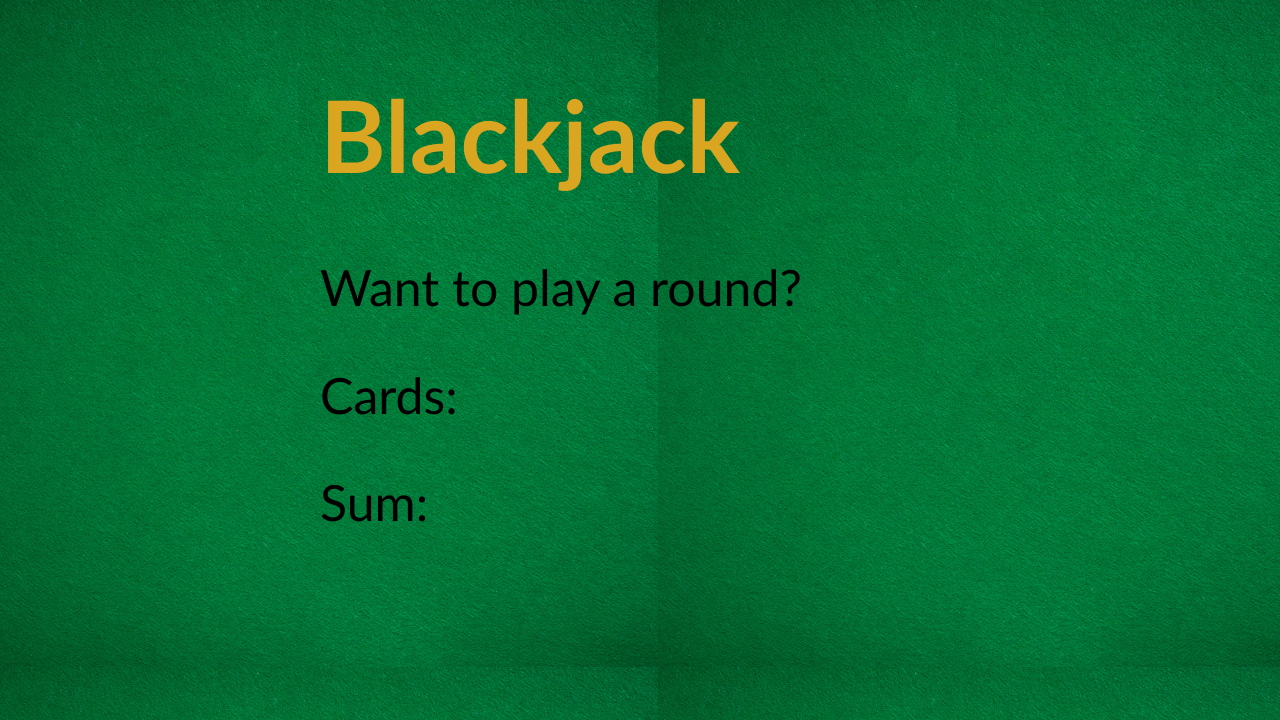
Repository: jt010051/JavaScriptBlackJack
Page: index.html
The author's editor kept a copy of each file at every save. The page is drawn from the files as they stood at one save, then again after the next save.
The browser window is 1280 px wide. The pictures show the whole page.

Above is the page before, as saved 2022-02-26 17:48:06.

After the next save:
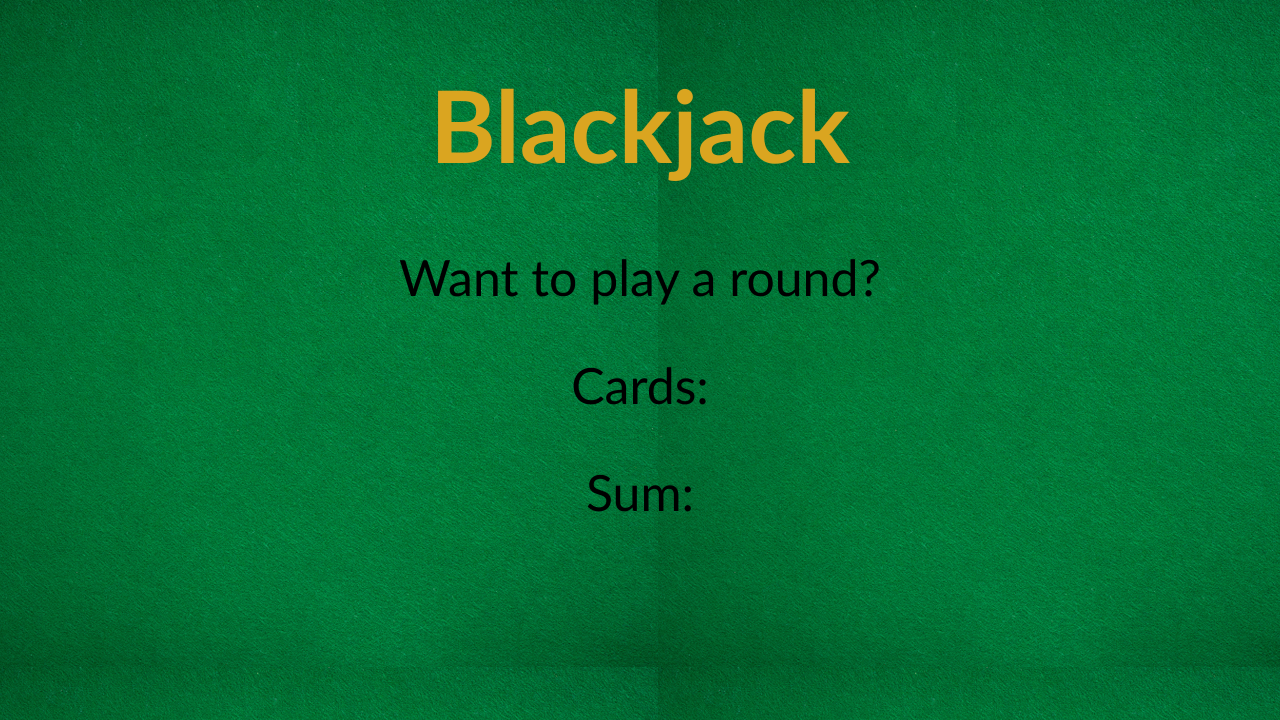
Saved 42 s later.
--- a/index.css
+++ b/index.css
@@ -3,9 +3,8 @@
 body {
   font-family: 'Trebuchet MS', 'Lucida Sans Unicode', 'Lucida Grande', 'Lucida Sans', Arial, sans-serif;
   background-image: url("images/table.png");
-  margin: auto;
-  width: 50%;
-  padding: 10px;
+  text-align: center;
+
   font-size: 50px;
 
 }
